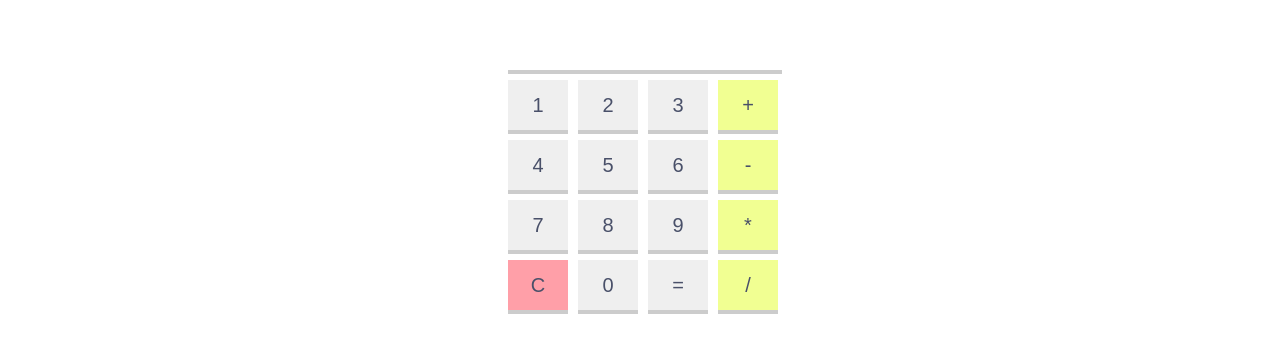
Repository: Drumstrum88/LAB-calculator
Page: index.html
The author's editor kept a copy of each file at every save. The page is drawn from the files as they stood at one save, then again after the next save.
The browser window is 1280 px wide. The pictures show the whole page.

Above is the page before, as saved 2023-04-15 20:55:57.

### index.html
<!DOCTYPE html>
<html lang="en">
<head>
  <meta charset="UTF-8">
  <meta http-equiv="X-UA-Compatible" content="IE=edge">
  <meta name="viewport" content="width=device-width, initial-scale=1.0">
  <title>Calculator</title>
  <link rel="stylesheet" href="main.css">
</head>
<body>
  <div class="center-div">
  <input type="text" name="input" size="16" id="answer"><br>
  <input type="button" name="one" value="1" onclick="calc.input.value += '1'">
            <input type="button" name="two" value="2" onclick="calc.input.value += '2'">
            <input type="button" name="three" value="3" onclick="calc.input.value += '3'">
            <input type="button" class="operator" name="plus" value="+" onclick="calc.input.value += '+'">
            <br>
            <input type="button" name="four" value="4" onclick="calc.input.value += '4'">
            <input type="button" name="five" value="5" onclick="calc.input.value += '5'">
            <input type="button" name="six" value="6" onclick="calc.input.value += '6'">
            <input type="button" class="operator" name="minus" value="-" onclick="calc.input.value += '-'">
             <br>
             <input type="button" name="seven" value="7" onclick="calc.input.value += '7'">
             <input type="button" name="eight" value="8" onclick="calc.input.value += '8'">
             <input type="button" name="nine" value="9" onclick="calc.input.value += '9'">
             <input type="button" class="operator" name="times" value="*" onclick="calc.input.value += '*'">
             <br>
             <input type="button" id="clear" name="clear" value=" C " onclick="calc.input.value=''">
             <input type="button" name="zero" value="0" onclick="clac.input.value +='0'">
             <input type="button" name="doit" value=" = " onclick="calc.input.value=eval(calc.input.value)">
             <input type="button" class="operator" name="div" value="/" onclick="calc.input.value += '/'">
            </div>
  </body>
</html>

### main.css
body {
  display: flex;
  justify-content: center;
  align-items: center;
  background-color:
}
  center-div {
  width: 400px;
  background-color: 000000;
  }


  #answer{
    width: 270px;
    font-size: 26px;
    text-align: right;
    background-color: #ffffff;
    float: left;
}
/* answer hover effect */
#answer:hover{
    width: 270px;
    font-size: 26px;
    text-align: right;
    box-shadow: 0 4px rgba(0,0,0,0.2);
    background-color: #ffffff;
}

input{
  outline: 0;
  position: relative;
  left: 5px;
  top: 5px;
  border: 0;
  color: #495069;
  background-color: 4px;
  width: 60px;
  height: 50px;
  float: left;
  margin: 5px;
  font-size: 20px;
  box-shadow: 0 4px rgba(0,0,0,0.2);
}

.operator{
  background-color: #f1ff92;
  position: relative;
}


#clear{
  float: left;
  position: relative;
  display: block;
  background-color: #ff9fa8;
  margin-bottom: 15px;
}

After the next save:
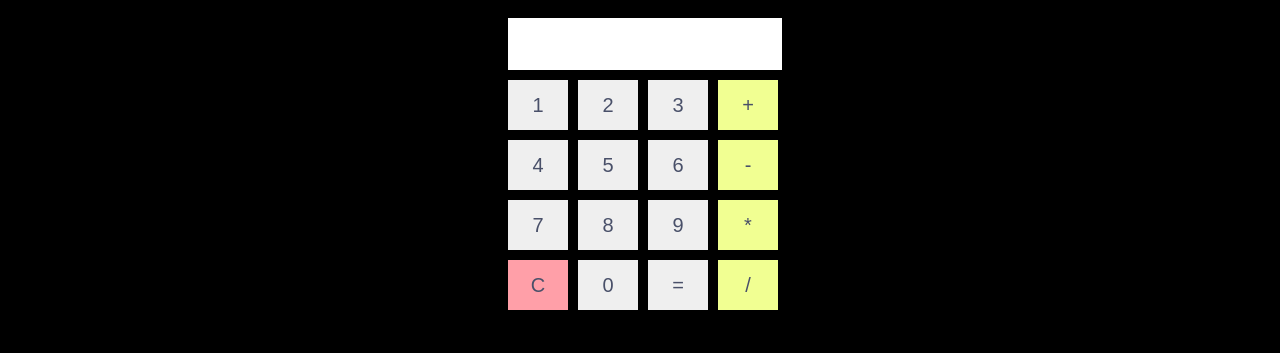
Saved 6 s later.
--- a/main.css
+++ b/main.css
@@ -2,7 +2,7 @@
   display: flex;
   justify-content: center;
   align-items: center;
-  background-color:
+  background-color: #000000
 }
   center-div {
   width: 400px;

After the save that followed:
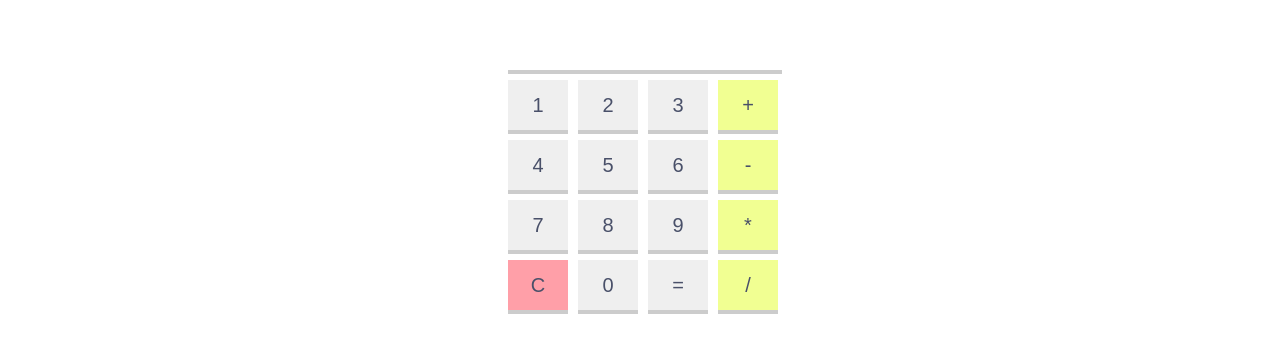
Saved 13 s later.
--- a/main.css
+++ b/main.css
@@ -2,7 +2,7 @@
   display: flex;
   justify-content: center;
   align-items: center;
-  background-color: #000000
+
 }
   center-div {
   width: 400px;
